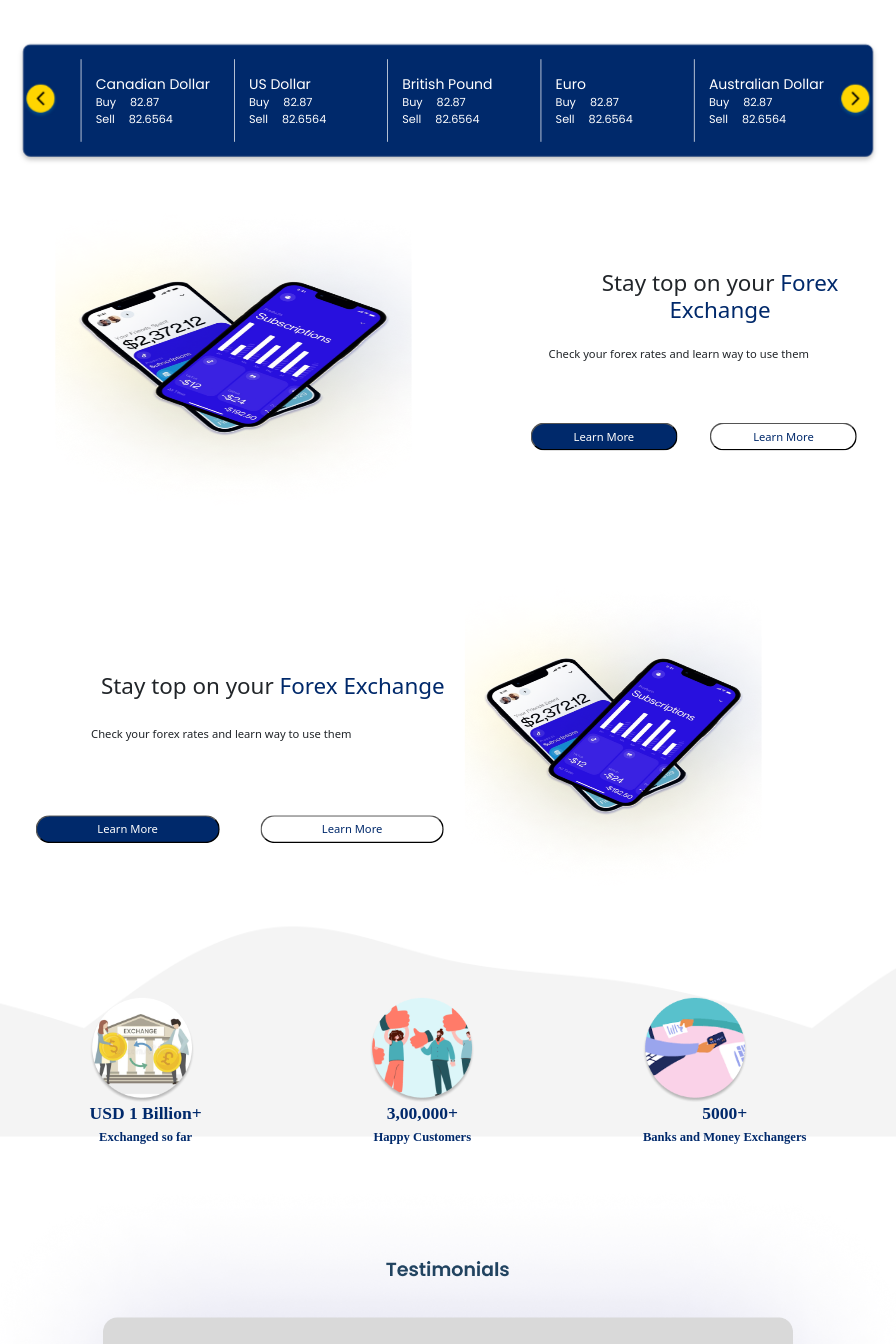
Repository: FlyweisReact/Akshadeep-latest
Page: /
The author's editor kept a copy of each file at every save. The page is drawn from the files as they stood at one save, then again after a run of saves.
The browser window is 1280 px wide. The pictures show the part of the page from y = 721 to 2641 px (the page is 4468 px tall before and 4492 px after), at 70% of full size.
Some web libraries are served in a nearby version. The project was rebuilt for these pictures with package versions that can differ from the ones it lists, and the page was loaded fresh each time. Also part of the build but not shown: src/components/exchange.jsx, src/components/order_p1.jsx, src/components/order_p2.jsx, src/components/faas.jsx, src/components/offer.jsx, src/components/main2.jsx, src/components/home.jsx, src/components/slider.jsx and 6 more.

Above is the page before, as saved 2023-05-23 15:39:59.

### public/index.html
<!DOCTYPE html>
<html lang="en">
  <head>
    <meta charset="utf-8" />
    <link rel="icon" href="%PUBLIC_URL%/favicon.ico" />
    <meta name="viewport" content="width=device-width, initial-scale=1" />
    <meta name="theme-color" content="#000000" />
    <meta
      name="description"
      content="Web site created using create-react-app"
    />
    <link rel="apple-touch-icon" href="%PUBLIC_URL%/logo192.png" />

    <link rel="manifest" href="%PUBLIC_URL%/manifest.json" />
    <link rel="stylesheet" href="https://cdnjs.cloudflare.com/ajax/libs/font-awesome/5.15.3/css/all.min.css" />
    <link href="https://cdn.jsdelivr.net/npm/bootstrap@5.3.0-alpha1/dist/css/bootstrap.min.css" rel="stylesheet" integrity="sha384-GLhlTQ8iRABdZLl6O3oVMWSktQOp6b7In1Zl3/Jr59b6EGGoI1aFkw7cmDA6j6gD" crossorigin="anonymous">
    <title>React App</title>
  </head>
  <body>
    <noscript>You need to enable JavaScript to run this app.</noscript>
    <div id="root"></div>
    <script src="https://kit.fontawesome.com/b533b351e4.js" crossorigin="anonymous"></script>
  </body>
</html>

### src/components/Main.jsx
/** @format */

import React from "react";
import Navbar from "./navbar";
import "react-responsive-carousel/lib/styles/carousel.min.css";
import BottomCont from "./bottom_cont";
import Footer from "./footer";
import img from "../Images/a-7.png";
import img5 from "../Images/a-58.png";
import UpperForm from "./Component/Index/UpperForm";
import UpperSlider from "./Component/Index/UpperSlider";
import CurrencySlider from "./Component/Index/CurrencySlider";

function Main() {
  return (
    <>
      <Navbar />

      <div className="upper-two-component">
        <div className="left-component">
          <UpperForm />
        </div>
        <div className="right-component">
          <UpperSlider />
        </div>
      </div>

      <div className="Index-currency_cont">
        <CurrencySlider />
      </div>

      <div className="Index_center_button">


      </div>

      {/* <div className="main-mid-2-cont">
        <img src={img5} alt="" />
      </div> */}

      <div className="main-2-cont">
        <div className="main-2-left">
          <img src={img} alt="" />
        </div>
        <div className="main-2-right">
          <h2>
            Stay top on your <spam className="sp">Forex Exchange</spam>
          </h2>
          <p>Check your forex rates and learn way to use them</p>
          <div className="main-2-r-btn">
            <button className="main-2l-btn">Learn More</button>
            <button className="main-2r-btn">Learn More</button>
          </div>
        </div>
      </div>
      <div className="main-3-cont">
        <div className="main-3-left">
          <h2>
            Stay top on your <spam className="sp">Forex Exchange</spam>
          </h2>
          <p>Check your forex rates and learn way to use them</p>
          <div className="main-2-r-btn">
            <button className="main-2l-btn">Learn More</button>
            <button className="main-2r-btn">Learn More</button>
          </div>
        </div>
        <div className="main-3-right">
          <img src={img} alt="" />
        </div>
      </div>
      <BottomCont />
      <Footer />
    </>
  );
}

export default Main;

### src/Style/Header.css
/** @format */

.Sticky-Header-Companent {
  height: 100%;
  background-color: var(--white);
  position: sticky;
  top: 0;
  z-index: 999;
  padding: 20px;
  transition: box-shadow 0.3s ease;
}

.scrolled {
  box-shadow: rgba(0, 0, 0, 0.24) 0px 3px 8px;
}

.Header {
  width: 100%;
  display: flex;
  justify-content: space-between;
  align-items: center;
}

.Header .left-component a {
  font-family: InterFont;
  font-size: 2rem;
  color: #000000;
  cursor: pointer;
  text-decoration: none;
}

.Header .right-component {
  display: flex;
  gap: 20px;
}
.Header .right-component .btn1 {
  font-weight: 500;
  font-size: var(--medium-font);
  color: var(--black);
  background-color: transparent;
  border: none;
}
.Header .right-component .btn2 {
  font-size: var(--medium-font);
  color: var(--white);
  background-color : #00296B;
  border: 1px solid #00296B;
  padding: 10px;
  width: 200px;
  border-radius: var(--half-border);
}

/* Category Drop- Down */
.Drop-Category-Bar {
  display: flex;
  align-items: center;
}
.Drop-Category-Bar .left-container {
  width: 20%;
  padding: 20px;
}

.Drop-Category-Bar .right-Container {
  display: flex;
  width: 60%;
  justify-content: space-evenly;
}

.Drop-Category-Bar .left-container i {
  font-size: var(--medium-font);
  cursor: pointer;
}
.Drop-Category-Bar .right-Container #dropdown-basic {
  border: none;
  font-size: var(--medium-font);
  font-style: normal;
  line-height: 29px;
  color: #333131;
}
.Drop-Category-Bar .right-Container #dropdown-button-drop-end {
  width: 100%;
  display: flex;
  justify-content: space-between;
  gap: 20px;
  align-items: center;
  font-size: var(--small-font);
  border: none;
}
.Drop-Category-Bar .right-Container .dropdown-item {
  width: 100%;
  font-size: var(--small-font);
  border: none;
  padding-left: 12px;
}

/* FullScreen Offcanvas */
.offcanvas.offcanvas-start {
  width: 100% !important;
  background-color: transparent;
}
.offcanvas-backdrop.show {
  opacity: 0.9 !important;
}
.Offcanvas-Menu {
  position: relative;
  padding: 20px;
}
.Offcanvas-Menu .fa-x {
  font-size: var(--medium-font);
  color: #fff;
  position: absolute;
  right: 20px;
  top: 20px;
  cursor: pointer;
}
.Offcanvas-Menu .Menu-Items {
  display: flex;
  justify-content: space-evenly;
  align-items: center;
  position: absolute;
  top: 50%;
  gap: 20px;
  left: 50%;
  transform: translate(-50%, -50%);
  width: 100%;
  padding-left: 5%;
  padding-right: 5%;
}
.Offcanvas-Menu .Menu-Items div {
  width: 20%;
  cursor: pointer;
}
.Offcanvas-Menu .Menu-Items div img {
  display: block;
  margin: auto;
}
.Offcanvas-Menu .Menu-Items div a {
  text-decoration: none;
}
.Offcanvas-Menu .Menu-Items p {
  font-size: var(--medium-font);
  color: #ffffff;
  text-align: center;
  margin-top: 10px;
  font-family: OpenFont;
  text-decoration: none;
  width: 100%;
}

### src/Style/Layout.css
/* Two Section Component */
.upper-two-component {
    display: flex;
    justify-content: space-evenly;
    padding-top: 20px;
}
.upper-two-component .left-component{
    width: 40%;
}
.upper-two-component .right-component{
    width: 50%;
}

/* Currency Container */
.Index-currency_cont{
    width: 98%;
    margin: auto;
    padding: 20px;
    filter: drop-shadow(0px 4px 4px rgba(0, 0, 0, 0.25));
    padding-top: 5%;
}

### src/Style/Component.css
/**
 * Upper Form Component
 *
 * @format
 */

.Index-Upper-Form {
  width: 100%;
  padding-top: 20px;
}
.Index-Upper-Form .button-container {
  display: flex;
  align-items: center;
  justify-content: center;
  gap: 10px;
  width: 100%;
}
.Index-Upper-Form .button-container button {
  background-color: #fff;
  color: #333;
  border: 1px solid #ffd500;
  font-size: var(--small-font);
  cursor: pointer;
  padding: 10px;
  width: 20%;
  font-family: OpenFont;
  border-radius: 4px;
  transition: 0.5s;
}
.Index-Upper-Form .button-container button:hover {
  background: #ffd500;
}
.Index-Upper-Form .form-cont {
  width: 100%;
  margin-top: 10px;
  background: #00296b;
  border: 1px solid #333131;
  box-shadow: 0px 0px 100px 8px rgba(255, 213, 0, 0.3);
  border-radius: 12px;
  position: relative;
  padding: 20px;
}
.Index-Upper-Form .form-cont .form-part-1 .two-cont {
  display: flex;
  justify-content: space-between;
  width: 100%;
}
.Index-Upper-Form .form-cont .form-part-1 .two-cont div {
  width: 45%;
}
.Index-Upper-Form .form-cont .form-part-1 .two-cont div label {
  color: var(--white);
  font-size: var(--extra-small-font);
  font-family: PoppinFont;
  line-height: 24px;
  color: #ffffff;
}

.Index-Upper-Form .form-cont .form-part-1 .two-cont div select {
  width: 100%;
  margin-top: 3px;
  outline: none;
  font-size: var(--extra-small-font);
  color: #897f7f;
  font-family: PoppinFont;
  padding: 10px;
  border-radius: 4px;
  border: 1px solid #897f7f;
}
.Index-Upper-Form .form-cont .form-part-1 .rate {
  font-size: 16px;
  line-height: 24px;
  color: #ffffff;
  margin-top: 10px;
  font-family: PoppinFont;
}
.Index-Upper-Form .form-cont .form-part-1 .two-cont div input {
  width: 100%;
  margin-top: 3px;
  outline: none;
  font-size: var(--extra-small-font);
  color: #897f7f;
  font-family: PoppinFont;
  padding: 10px;
  border-radius: 4px;
  border: 1px solid #897f7f;
}
.Index-Upper-Form .form-cont .form-part-1 .two-cont div input::placeholder {
  color: #897f7f;
}
.Index-Upper-Form .form-cont .form-part-1 .two-cont .two-section {
  display: flex;
  gap: 10px;
  color: var(--white);
  margin-top: 10px;
  align-items: center;
}
.Index-Upper-Form .form-cont .form-part-1 .two-cont .two-section p {
  margin: 0;
  font-family: PoppinFont;
}
.Index-Upper-Form .form-cont .form-part-1 .two-cont .two-section button {
  background-color: #214360;
  outline: none;
  border: 1px solid #214360;
  color: var(--white);
  font-family: PoppinFont;
}
.Index-Upper-Form .form-cont .form-part-1 .two-cont .two-section i {
  color: #ffd500;
}
.Index-Upper-Form .form-cont .form-part-1 .two-cont .two-section .add {
  color: #ffd500;
  text-decoration: underline;
}
.Index-Upper-Form .form-cont .ord-btn {
  font-size: var(--medium-font);
  font-family: PoppinFont;
  background: #ffd500;
  border-radius: 30.2748px;
  border: none;
  width: 40%;
  padding: 10px;
  display: block;
  margin: auto;
  position: absolute;
  top: 98%;
  cursor: pointer;
  left: 50%;
  transform: translate(-50%, -50%);
}

/* Slick Slider */
.slick-slider-Cont {
  position: relative;
}
.slick-slider-Cont .Prev-Next_cont {
  display: flex;
  justify-content: space-between;
}
.slick-slider-Cont .Prev-Next_cont .PrevImg {
  position: absolute;
  top: 50%;
  left: 5%;
  transform: translate(-50%, -50%);
  cursor: pointer;
}
.slick-slider-Cont .Prev-Next_cont .NextImg {
  position: absolute;
  top: 50%;
  left: 95%;
  transform: translate(-50%, -50%);
  cursor: pointer;
}

.Slick-Slider {
  height: 100%;
  padding: 20px;
}
.Slick-Slider .slider-container-div {
  width: 100%;
}
.Slick-Slider .slider-container-div p {
  font-family: PoppinFont;
  font-size: 24px;
  line-height: 40px;
  color: #000;
  text-align: center;
  margin: 0;
}
.Slick-Slider .slider-container-div img {
  display: block;
  margin: auto;
}
.Slick-Slider:focus {
  border: none !important;
}
.Slick-Slider:active {
  border: none !important;
}

.Slick-Slider .slider-container-div .two-comp {
  display: flex;
  justify-content: space-evenly;
  gap: 10px;
}
.Slick-Slider .slider-container-div .two-comp .left-comp {
  width: 45%;
  position: relative;
}
.Slick-Slider .slider-container-div .two-comp .left-comp img {
  position: absolute;
  top: 50%;
  left: 50%;
  transform: translate(-50%, -50%);
}
.Slick-Slider .slider-container-div .two-comp .right-comp {
  width: 60%;
}
.Slick-Slider .slider-container-div .two-comp .right-comp div {
  display: flex;
  padding-top: 20px;
  gap: 20px;
  align-items: center;
}
.Slick-Slider .slider-container-div .two-comp .right-comp p {
  margin: 0;
  font-size: var(--extra-small-font);
  line-height: normal;
  width: 90%;
  text-align: left;
}
.Slick-Slider .slider-container-div .two-comp .right-comp i {
  margin: 0;
  background-color: #00a067;
  color: #fff;
  border-radius: 100%;
  padding: 5px;
}


/* Currency-Slider  */
.currency_slider_cont{
  background-color: #00296B;
  border: 1px solid #00296B;
  border-radius: 10px;
  position: relative;
  width: 100%;
}
.currency_slider_cont .currency_slider{
  height: 100%;
  padding: 20px;
  padding-left: 5%;
  padding-right: 5%;
}
.currency_slider_cont .currency_slider:focus {
  border: none !important;
}
.currency_slider_cont .currency_slider:active {
  border: none !important;
}

.currency_slider_cont .currency_slider .Item{
  color: #fff;
  border-right: 1px solid #fff;
  padding: 20px;
  width: 20%;
}
.currency_slider_cont .currency_slider .Item p{
  margin: 0;
}
.currency_slider_cont .currency_slider .Item .head{
  font-family: PoppinFont;
  font-size: var(--medium-font);
}
.currency_slider_cont .currency_slider .Item .two_sec{
  display: flex;
  align-items: center;
  gap: 20px;
}
.currency_slider_cont .currency_slider .Item .two_sec p{
  font-family: PoppinFont;
font-size: var(--extra-small-font);
}
.currency_slider_cont .Prev-Next_cont {
  display: flex;
  justify-content: space-between;
}
.currency_slider_cont .Prev-Next_cont .PrevImg {
  position: absolute;
  top: 50%;
  left: 2%;
  transform: translate(-50%, -50%);
  cursor: pointer;
}
.currency_slider_cont .Prev-Next_cont .NextImg {
  position: absolute;
  top: 50%;
  left: 98%;
  transform: translate(-50%, -50%);
  cursor: pointer;
}

.slick-prev:before {
  display: none !important;
}
.slick-next:before{
  display: none
  ;
}

### src/components/navbar.jsx
import Header from "./Layout/Header";

const Navbar = () => {
  return (
    <>
      <Header />

    </>
  );
};

export default Navbar;

### src/components/bottom_cont.jsx
import React from "react";
import img from "../Images/a-33.png";
import img2 from "../Images/a-34.png";
import img3 from "../Images/a-35.png";
import img4 from "../Images/a-36.png";
import img5 from "../Images/a-37.png";
import img6 from "../Images/a-51.png";

const BotCont = () => {
  return (
    <>
      <div className="bot-part-1">
        <div className="bot-cont-imgs">
          <div>
            <img src={img} />
            <h6>USD 1 Billion+</h6>
            <p>Exchanged so far</p>
          </div>
          <div>
            <img src={img2} />
            <h6>3,00,000+</h6>
            <p>Happy Customers</p>
          </div>
          <div>
            <img src={img3} />
            <h6>5000+</h6>
            <p>Banks and Money Exchangers</p>
          </div>
        </div>
      </div>
      <div className="bot-part-3">
        <img src={img6} />
      </div>
      <div className="bot-part-2">
        <h3>Media Mentions</h3>
        <div className="bot-part-2-sub">
          <div className="bot-cont-card">
            <h4>Loren Ipsum Id best Platform out there</h4>
            <p>
              Lorem Ipsum is simply dummy text of the printing and typesetting
              industry. Lorem Ipsum has been the industry's standard dummy text
              ever since the 1500s, when an unknown printer took a galley of
              type and scrambled it to make a type specimen book.
            </p>
            <div className="thin-line"></div>
            <div className="bot-cont-card-2">
              <img src={img4} />
              <p>5 star</p>
            </div>
          </div>
          <div className="bot-cont-card">
            <h4>Loren Ipsum Id best Platform out there</h4>
            <p>
              Lorem Ipsum is simply dummy text of the printing and typesetting
              industry. Lorem Ipsum has been the industry's standard dummy text
              ever since the 1500s, when an unknown printer took a galley of
              type and scrambled it to make a type specimen book.
            </p>
            <div className="thin-line"></div>
            <div className="bot-cont-card-2">
              <img src={img5} style={{height:"40px"}} />
              <p>5 star</p>
            </div>
          </div>
        </div>
      </div>
    </>
  );
};

export default BotCont;

### src/components/footer.jsx
import React from "react";

const Footer = () => {
  return (
    <footer className="footer">
      <div className="footer-cont">
        <div className="foot-row">
          <div className="foot-col">
            <h3>Company</h3>
            <p>About Us</p>
            <p>Contact Us</p>
            <p>Careers</p>
          </div>
          <div className="foot-col">
            <h3>Services</h3>
            <p>Prepaid Travel Card</p>
            <p>Foreign Demand Draft</p>
            <p>Foreign Currency</p>
            <p>Educational Loans</p>
            <p>Remmittance</p>
            <p>Travel Insurance</p>
            <p>Forex as a Service (Faas Solution)</p>
          </div>
          <div className="foot-col">
            <h3>Quick Links</h3>
            <p>FAQs</p>
            <p>Cancellation & Refund Policy</p>
            <p>Forex Rates</p>
            <p>Our Policies</p>
            <p>Terms of Use</p>
            <p>Site Map</p>
            <p>Offers</p>
          </div>
          <div className="foot-col">
            <h3>Insight</h3>
            <p>Blogs</p>
            <p>Press Release</p>
            <p>Foreign Currency</p>
            <p>Educational Loans</p>
            <p>Remmittance</p>
            <p>Travel Insurance</p>
            <p>Forex as a Service (Faas Solution)</p>
          </div>
          <div className="foot-col">
            <h3>Registered Office Address</h3>
            <p>Lorem Ipsum Pvt ltd.</p>
            <p>P-701 to P-705 lorem ipsum , 7th floor, 11th tower, panchsheel primerose, vatista
                , Gurugram, Hariyana
            </p>
            {/*<ul className="social-icons">
              <li>
                <a href="#">
                  <i className="fab fa-facebook-f"></i>
                </a>
              </li>
              <li>
                <a href="#">
                  <i className="fab fa-twitter"></i>
                </a>
              </li>
              <li>
                <a href="#">
                  <i className="fab fa-linkedin"></i>
                </a>
              </li>
              <li>
                <a href="#">
                  <i className="fab fa-instagram"></i>
                </a>
              </li>
            </ul>*/}
          </div>
        </div>
      </div>
      <div className="footer-bottom">
        <p>&copy; 2023 Forex Inc. All Rights Reserved.</p>
      </div>
    </footer>
  );
};

export default Footer;

### src/components/signup.jsx
import Button from "react-bootstrap/Button";
import Modal from "react-bootstrap/Modal";

function MyVerticallyCenteredModal(props) {
  return (
    <Modal
      {...props}
      size="lg"
      aria-labelledby="contained-modal-title-vcenter"
      centered
    >
      <Modal.Body>
        <div className="popupe-container">
          <div className="popupe">
            <span className="close" onClick={props.onHide}>
              &times;
            </span>
            <h2 className="form-title">Register</h2>
            <form>
              <div class="form-groupe">
                <label for="name" className="label-inp">Name</label>
                <input type="text" id="name" name="name" placeholder="Enter your name here" />
              </div>
              <div class="form-groupe">
                <label for="mobile" className="label-inp">Mobile Number</label>
                <input type="email" id="email" name="email" placeholder="Enter your mobile no here"/>
              </div>
              <div class="form-groupe">
                <label for="email" className="label-inp">Email</label>
                <input type="email" id="email" name="email" placeholder="Enter your email here"/>
              </div>
              <button type="submit" className="btn-form-submit">Submit</button>
            </form>
            <h2 className="form-title">Or</h2>
            <div className="form-bot-cont">
              <div className="left-btn">
                  <button className="btn-2">
                  <i class="fab fa-facebook-f fc" ></i>
                  facebook</button>
              </div>
              <div className="right-btn">
                  <button className="btn-2">
                  <i class="fab fa-google-plus-g gl"></i>
                    Google</button>
              </div>
            </div>
            </div>
          </div>
      </Modal.Body>
    </Modal>
  );
}

export default MyVerticallyCenteredModal;

### src/components/login.jsx

import Modal from "react-bootstrap/Modal";

function MyVerticallyCenteredModal(props) {
  return (
    <Modal
      {...props}
      size="lg"
      aria-labelledby="contained-modal-title-vcenter"
      centered
    >
      <Modal.Body>
        <div className="popupe-container">
          <div className="popupe">
            <span className="close" onClick={props.onHide}>
              &times;
            </span>
            <h2 className="form-title">Login</h2>
            <form>
              <div class="form-groupe">
                <label for="name" className="label-inp">Mobile Number/ Email Id</label>
                <input type="text" id="name" name="name" placeholder="Enter mobile number/ email Id" />
              </div>
              <button type="submit" className="btn-form-submit">Submit</button>
            </form>
            </div>
            <h2 className="form-title">Or</h2>
            <div className="form-bot-cont">
              <div className="left-btn">
                  <button className="btn-2">
                  <i class="fab fa-facebook-f fc" ></i>
                  facebook</button>
              </div>
              <div className="right-btn">
                  <button className="btn-2">
                  <i class="fab fa-google-plus-g gl"></i>
                    Google</button>
              </div>
            </div>
          </div>
      </Modal.Body>
    </Modal>
  );
}

export default MyVerticallyCenteredModal;

Loaded but not shown: src/Json/menu.json (187 lines, source omitted); src/components/Component/Index/UpperSlider.js (180 lines, source omitted); src/components/Component/Index/CurrencySlider.js (162 lines, source omitted); src/components/Component/Index/UpperForm.js (74 lines, source omitted); src/components/Layout/DropBar.js (60 lines, source omitted); src/components/Layout/Sidebar.js (70 lines, source omitted); src/App.js (50 lines, source omitted); src/components/Layout/Header.js (56 lines, source omitted); src/index.js (13 lines, source omitted); src/index.css (2406 lines, source omitted)

After the next 2 saves:
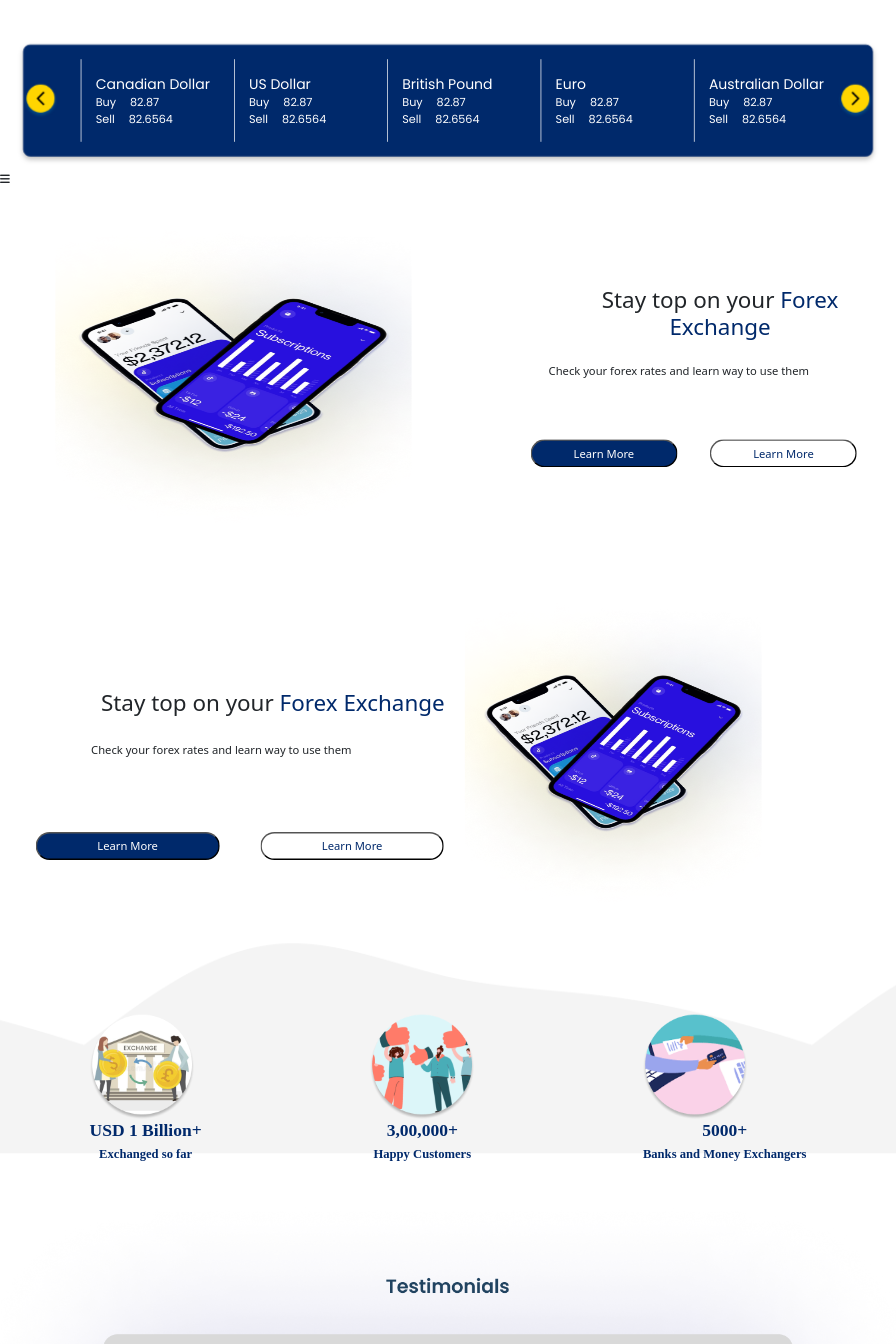
The 2 saves are shown as one change because they came seconds apart.
The last was saved 20 s later.
--- a/src/components/Main.jsx
+++ b/src/components/Main.jsx
@@ -30,7 +30,7 @@ function Main() {
       </div>
 
       <div className="Index_center_button">
-
+      <i className="fa-solid fa-bars"></i>
 
       </div>
 
